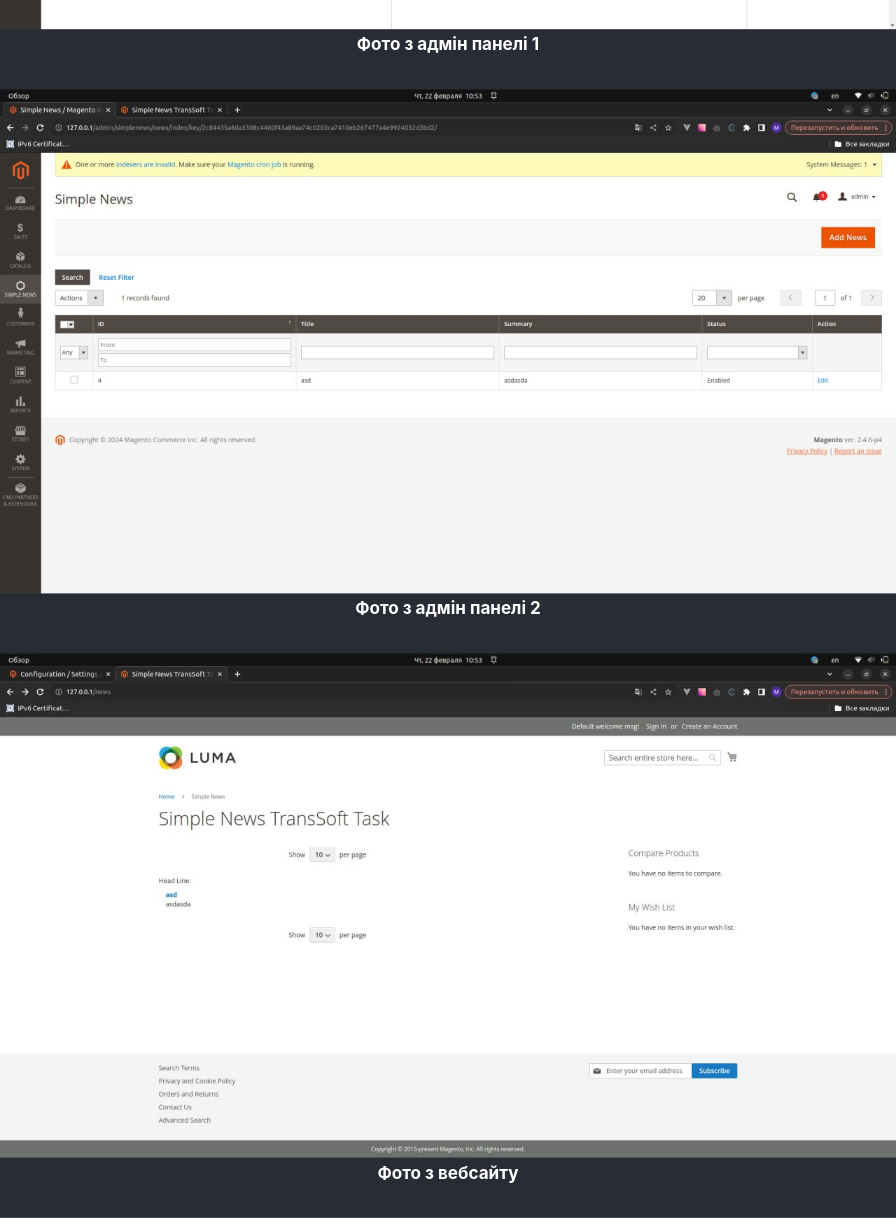
Repository: rutsguifd/prac-report
Page: /
These files come from the project's save history. The page is drawn as it stood at one moment and after the next save; the edit follows.
The browser window is 1280 px wide. The pictures show the part of the page from y = 1984 to 3904 px (the page is 3724 px tall before and 3904 px after), at 70% of full size.
The project was rebuilt for these pictures with package versions that can differ from the ones it lists, and the page was loaded fresh each time.

Above is the page before, as saved 2024-02-22 13:40:50.

### src/App.js
import "./App.css";
import IM1 from "./assets/im1.jpg";
import IM2 from "./assets/im2.jpg";
import IM3 from "./assets/im3.jpg";
import PR from "./assets/pr.jpg";

function App() {
  return (
    <div className="App">
      <header className="App-header">
        Practice Report
        <div>
          <b>Вступ</b>
          <div>
            З 2 9 січня по 16 лютого ми проходили виробничу практику у ТОВ
            “TRANSOFT GROUP”. TRANSOFT GROUP - це компанія, яка спеціалізується
            на розробці та підтримці рішень, заснованих на Magento, щоб сприяти
            трансформації бізнесу, підвищенню клієнтського досвіду та
            операційній ефективності в різних галузях. Використовуючи передові
            технології та глибокі галузеві знання, TRANSOFT GROUP розробляє
            інноваційні рішення, які допомагають клієнтам досягти своїх
            бізнес-цілей та впевнено конкурувати на ринку.
          </div>
          <div style={{ margin: "50px 0" }}>
            <img src={PR} alt="alt" width="100%" />
            <b>Фото з бази практики</b>
          </div>
          <div style={{ margin: "50px 0" }}>
            <img src={IM1} alt="alt" width="100%" />
            <b>Фото з адмін панелі 1</b>
          </div>
          <div style={{ margin: "50px 0" }}>
            <img src={IM2} alt="alt" width="100%" />
            <b>Фото з адмін панелі 2</b>
          </div>
          <div style={{ margin: "50px 0" }}>
            <img src={IM3} alt="alt" width="100%" />
            <b>Фото з вебсайту</b>
          </div>
        </div>
      </header>
    </div>
  );
}

export default App;

Loaded but not shown: public/index.html (common file); src/index.js (common file); src/index.css (common file); src/App.css (common file)

After the next save:
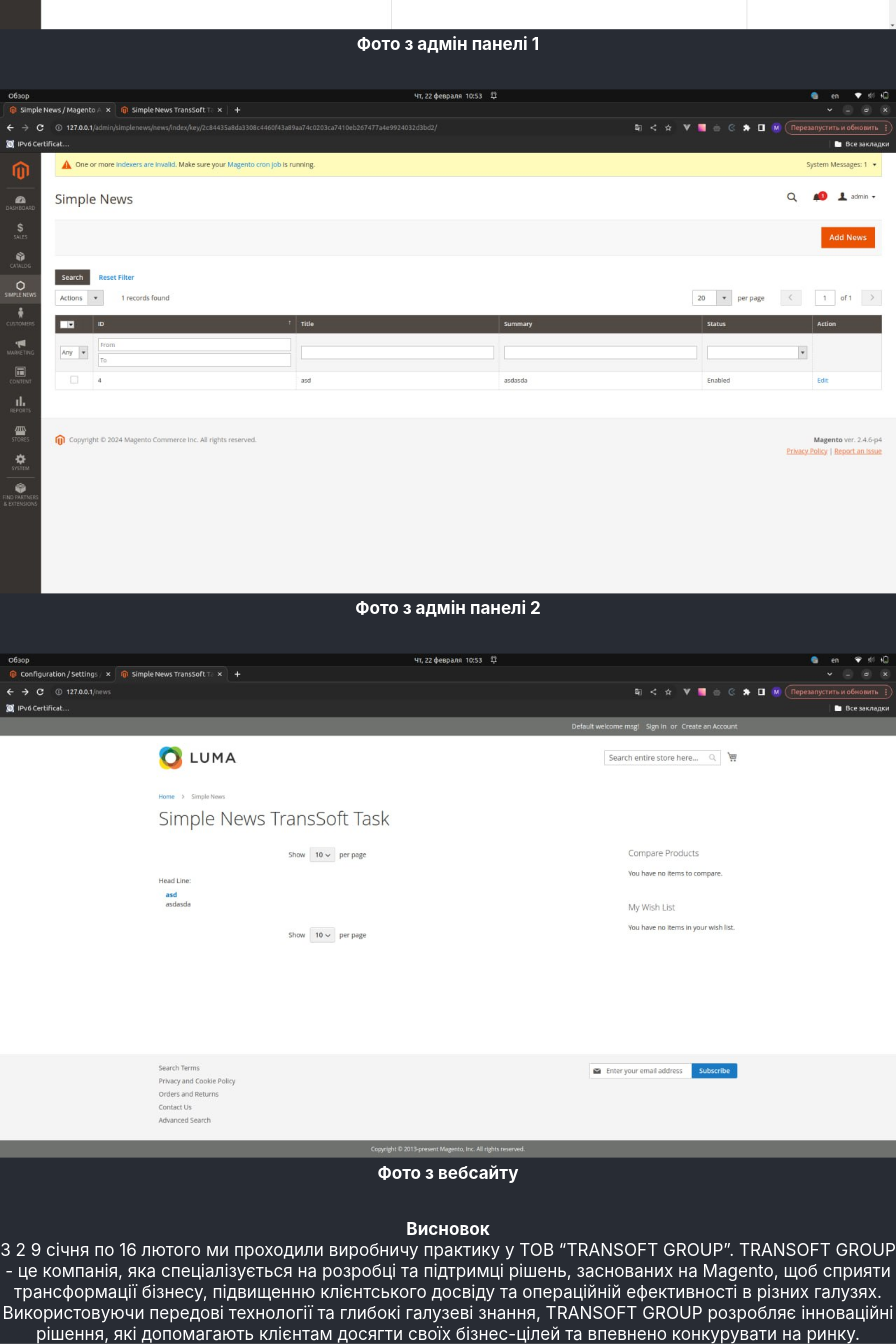
Saved 29 s later.
--- a/src/App.js
+++ b/src/App.js
@@ -37,6 +37,17 @@
             <img src={IM3} alt="alt" width="100%" />
             <b>Фото з вебсайту</b>
           </div>
+          <b>Висновок</b>
+          <div>
+            З 2 9 січня по 16 лютого ми проходили виробничу практику у ТОВ
+            “TRANSOFT GROUP”. TRANSOFT GROUP - це компанія, яка спеціалізується
+            на розробці та підтримці рішень, заснованих на Magento, щоб сприяти
+            трансформації бізнесу, підвищенню клієнтського досвіду та
+            операційній ефективності в різних галузях. Використовуючи передові
+            технології та глибокі галузеві знання, TRANSOFT GROUP розробляє
+            інноваційні рішення, які допомагають клієнтам досягти своїх
+            бізнес-цілей та впевнено конкурувати на ринку.
+          </div>
         </div>
       </header>
     </div>
